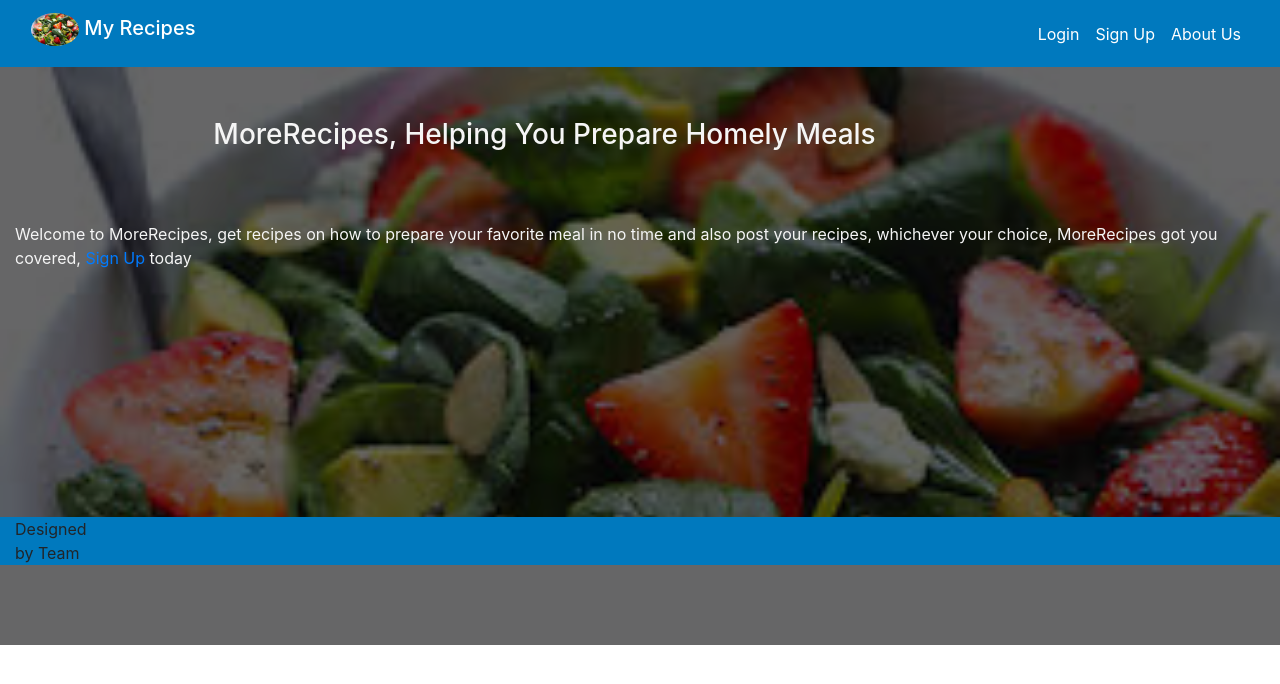
Repository: UggoPrince/more-recipes
Page: html/index.html
These files come from the project's save history. The page is drawn as it stood at one moment and after the next save; the edit follows.
The browser window is 1280 px wide. The pictures show the whole page.

Above is the page before, as saved 2018-07-30 07:06:24.

### html/index.html
<html lang="en">
<head>
  <meta charset="UTF-8">
  <meta name="viewport" content="width=device-width, initial-scale=1.0">
  <meta http-equiv="X-UA-Compatible" content="ie=edge">
  <link rel="stylesheet" href="https://maxcdn.bootstrapcdn.com/bootstrap/4.0.0/css/bootstrap.min.css" integrity="sha384-Gn5384xqQ1aoWXA+058RXPxPg6fy4IWvTNh0E263XmFcJlSAwiGgFAW/dAiS6JXm" crossorigin="anonymous"/>
  <style>
    main {
      background-color: rgba(0, 0, 3, 0.6);
      color: whitesmoke;
    }
    div#content {
      background-size: 100vw;
      background-repeat: no-repeat;
      background-image: url(../img/nav-image.jpg);
      background-size: cover;
      height: 450px;
      background-repeat: no-repeat;
    }
    nav {
      background-color: #0079be;
      color: white;
    }
    .nav-link {
      color: white;
    }
  </style>
  <title>My Recipes Homepage</title>
</head>
<body>
  <nav class="xnav navbar navbar-expand-lg">
    <div class="container-fluid">
      <h3 style="color: white;" class="navbar-brand">
        <img class="rounded-circle" src="../img/nav-image.jpg" style="width: 48px;" alt="logo"/>
        My Recipes
      </h3>
      <button class="navbar-toggler" type="button" data-toggle="collapse" aria-controls="navDropdown" aria-expanded="false" aria-label="Toggle Navigation" data-target="#navDropdown" >
        <span class="navbar-toggler-icon"></span>
      </button>
      <div class="collapse navbar-collapse justify-content-end brand-anchor" id="navDropdown">
        <ul class="navbar-nav">
          <li class="nav-item">
            <a class="nav-link" href="login.html">Login</a>
          </li>
          <li class="nav-item">
            <a class="nav-link" href="signup.html">Sign Up</a>
          </li>
          <li class="nav-item">
            <a class="nav-link" href="about.html">About Us</a>
          </li>
        </ul>
      </div>
    </div>
  </nav>
  <div id="content">
    <main class="container-fluid">
      <div class="row">
        <div class="offset-2 col-8;" style="margin-top: 4%;">
            <h3>MoreRecipes, Helping You Prepare Homely Meals</h3>
        </div>
      </div>
      <div style="padding-top: 5%; padding-bottom: 30%">
          Welcome to MoreRecipes, get recipes on how to prepare your favorite meal in no time and also post your recipes, whichever your choice, MoreRecipes got you covered, <a href="signup.html">Sign Up</a> today
      </div>

    </main>
  </div>
  <footer class="container-fluid" style="background-color: #0079be;">
    <div class="row">
      <div class="col-1">Designed by Team</div>
    </div>
  </footer>
</body>
</html>

After the next save:
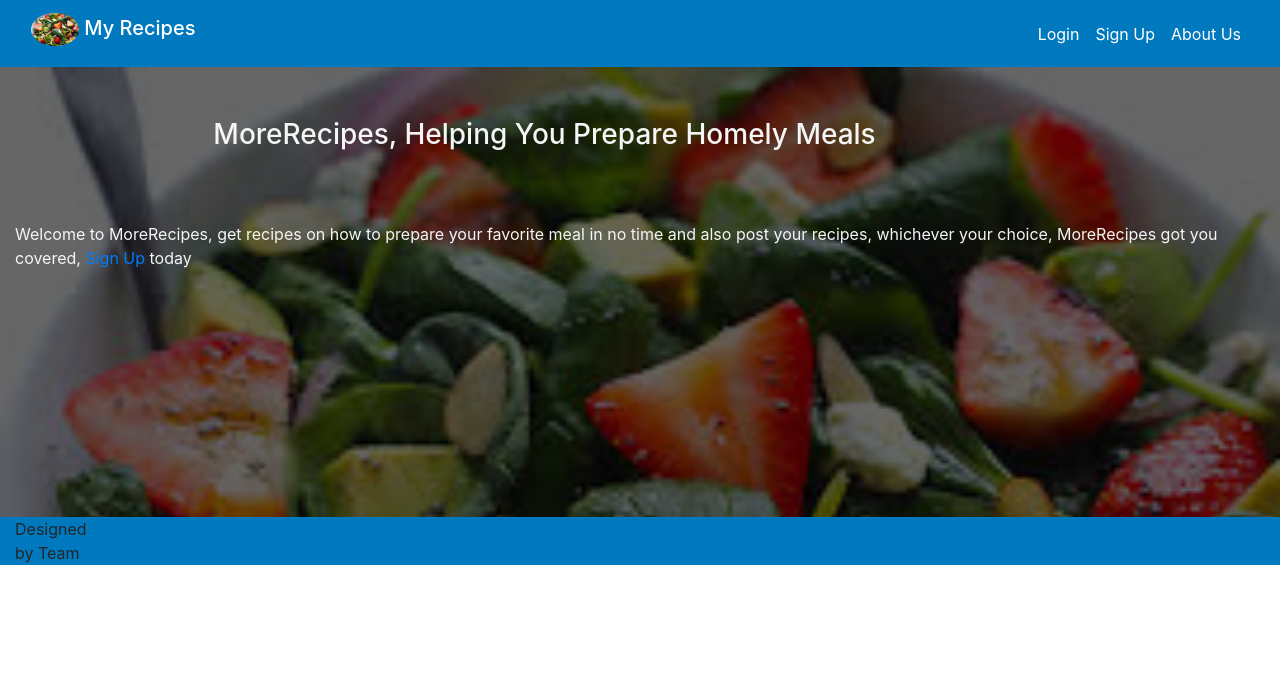
Saved 5 s later.
--- a/html/index.html
+++ b/html/index.html
@@ -59,7 +59,7 @@
             <h3>MoreRecipes, Helping You Prepare Homely Meals</h3>
         </div>
       </div>
-      <div style="padding-top: 5%; padding-bottom: 30%">
+      <div style="padding-top: 5%; padding-bottom: 20%">
           Welcome to MoreRecipes, get recipes on how to prepare your favorite meal in no time and also post your recipes, whichever your choice, MoreRecipes got you covered, <a href="signup.html">Sign Up</a> today
       </div>
 
